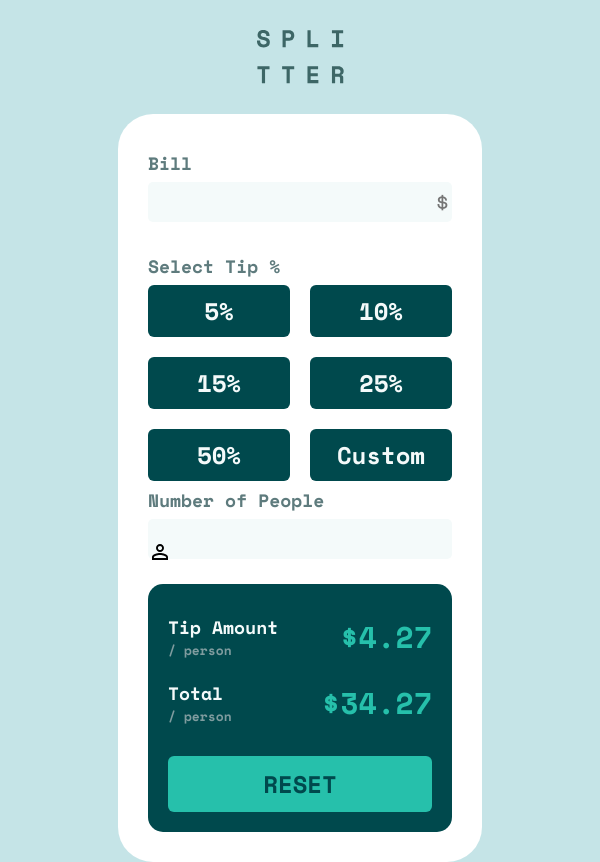
Repository: tomas938/tipcalculator
Page: /
These files come from the project's save history. The page is drawn as it stood at one moment and after the next save; the edit follows.
The browser window is 600 px wide. The pictures show the whole page.
The project was rebuilt for these pictures with package versions that can differ from the ones it lists, and the page was loaded fresh each time.

Above is the page before, as saved 2021-08-04 10:27:08.

After the next save:
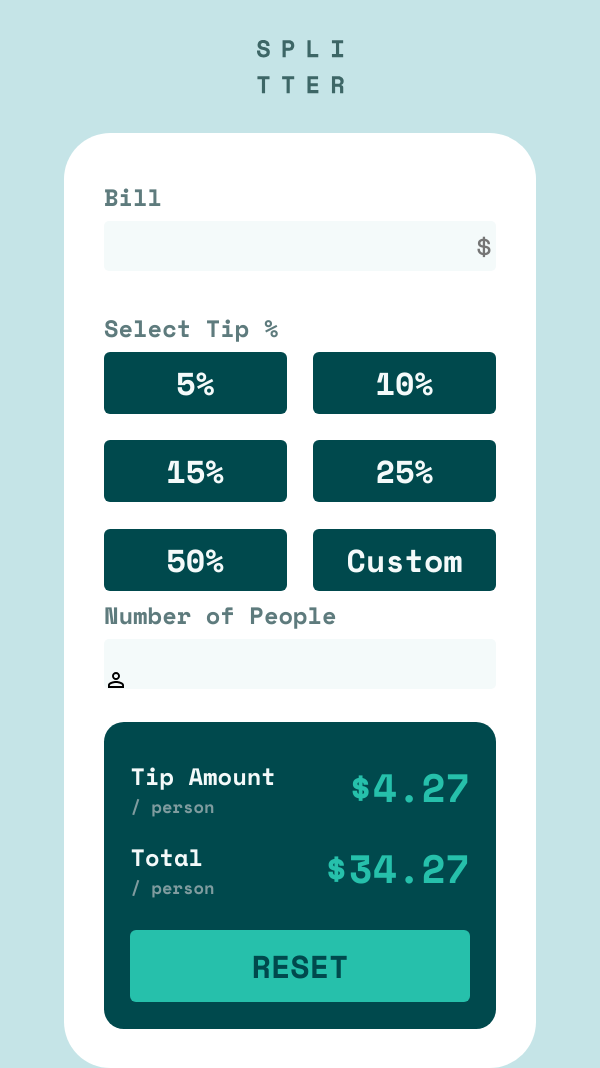
Saved 10 s later.
--- a/src/App.vue
+++ b/src/App.vue
@@ -24,7 +24,7 @@ body {
 html {
 	font-size: 62.5%;
 	@media only screen and (max-width: 760px) {
-		font-size: 62.5%;
+		font-size: 82.5%;
 	}
 }
 </style>
